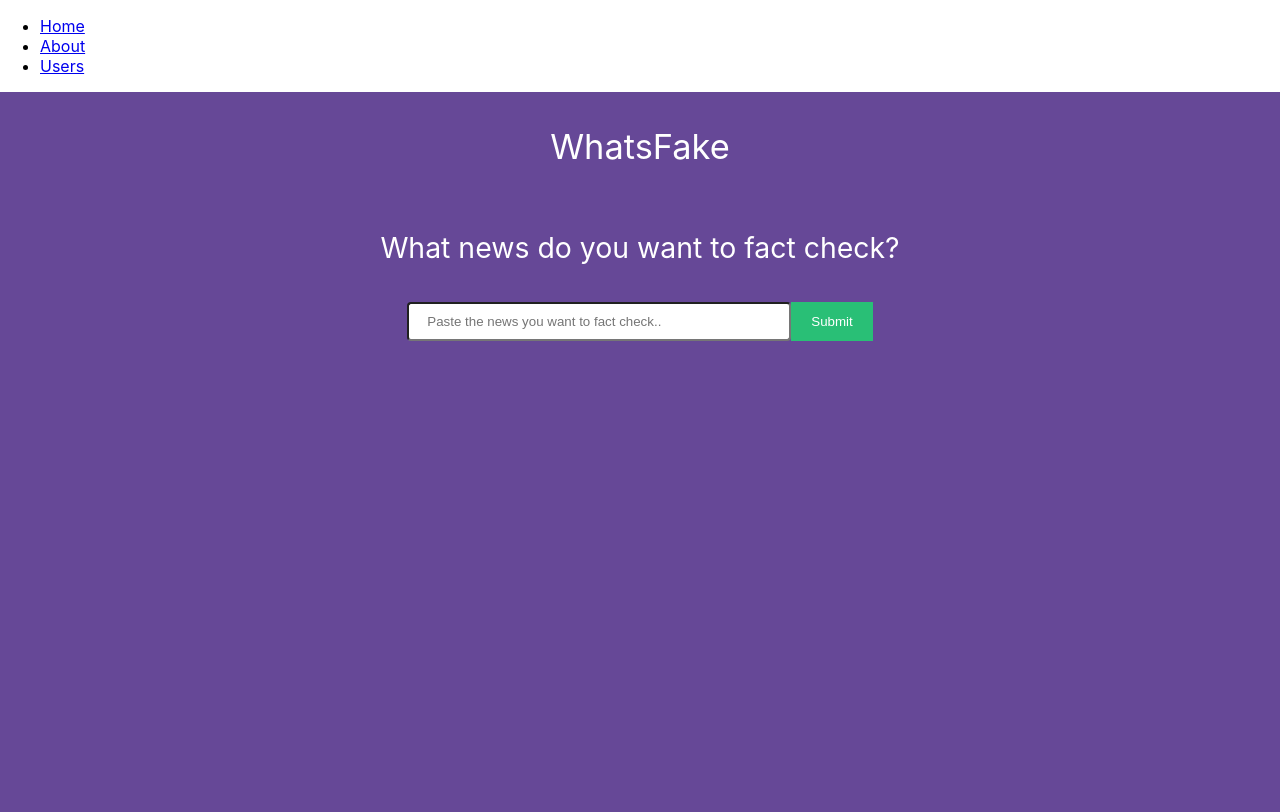
Repository: alkalox/FakeNews
Page: /
These files come from the project's save history. The page is drawn as it stood at one moment and after the next save; the edit follows.
The browser window is 1280 px wide. The pictures show the whole page.
The project was rebuilt for these pictures with package versions that can differ from the ones it lists, and the page was loaded fresh each time.

Above is the page before, as saved 2019-04-23 19:36:27.

After the next save:
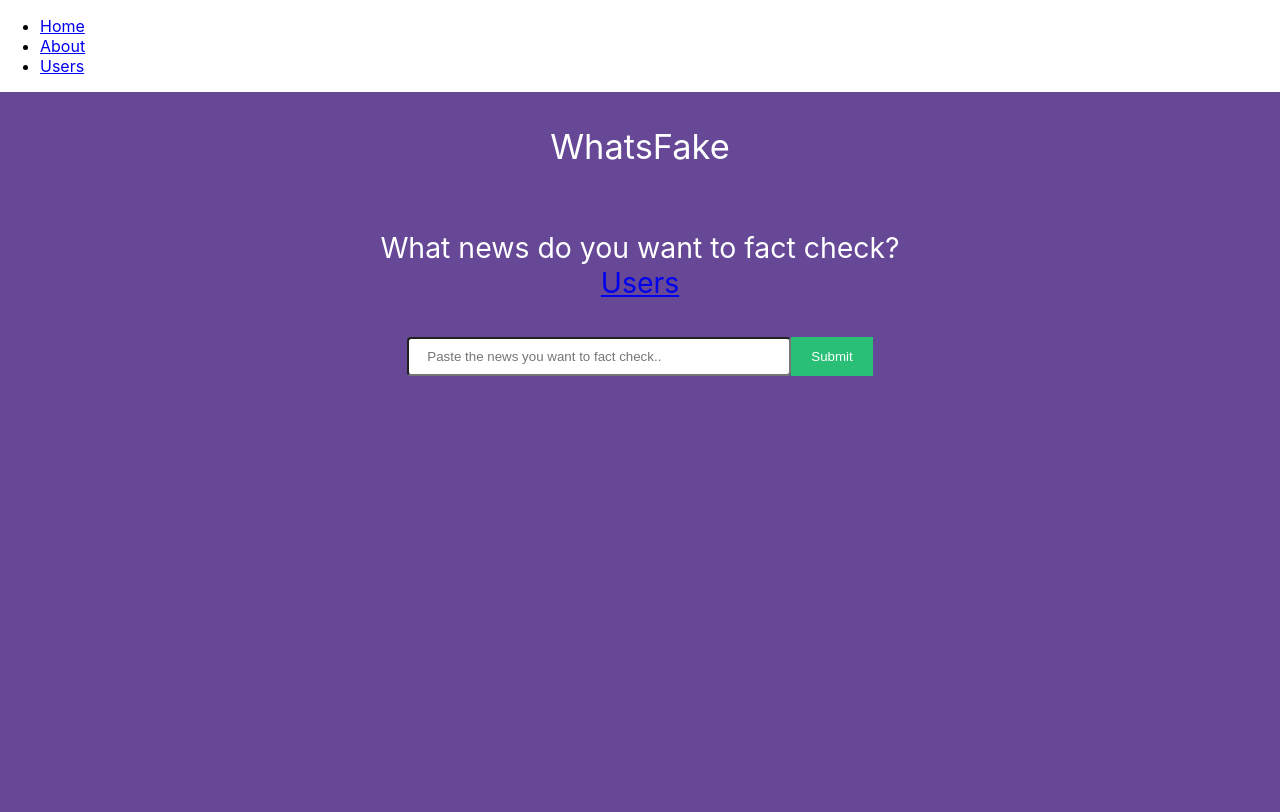
Saved 98 s later.
--- a/src/App.js
+++ b/src/App.js
@@ -72,6 +72,7 @@ class Home extends Component {
           </header>
           <p className ="text">
             What news do you want to fact check?
+            <Link to="/users/">Users</Link>
           </p>
           <div className="Form">
             <form onSubmit={this.handleSubmit}>
